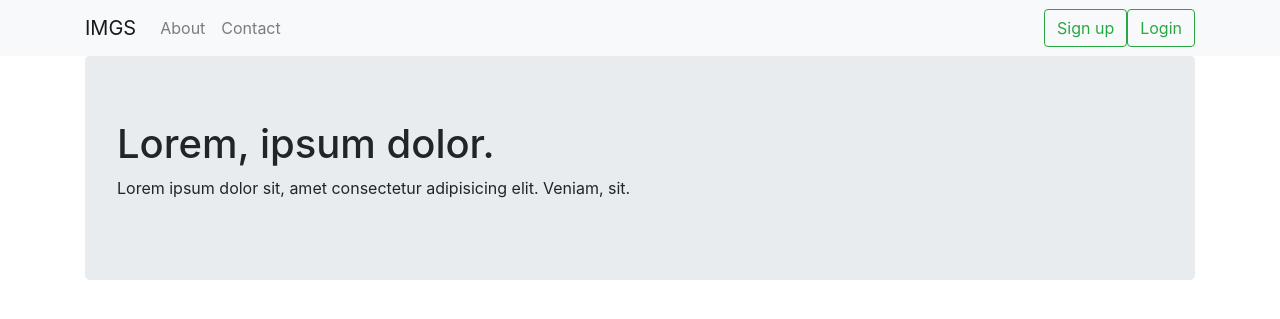
Repository: Mietlicha/exercise2
Page: index.html
An editor plug-in stored every save of this project. The page is shown before and after the next save, followed by the edit.
The browser window is 1280 px wide. The pictures show the whole page.

Above is the page before, as saved 2019-10-22 20:54:38.

After the next save:
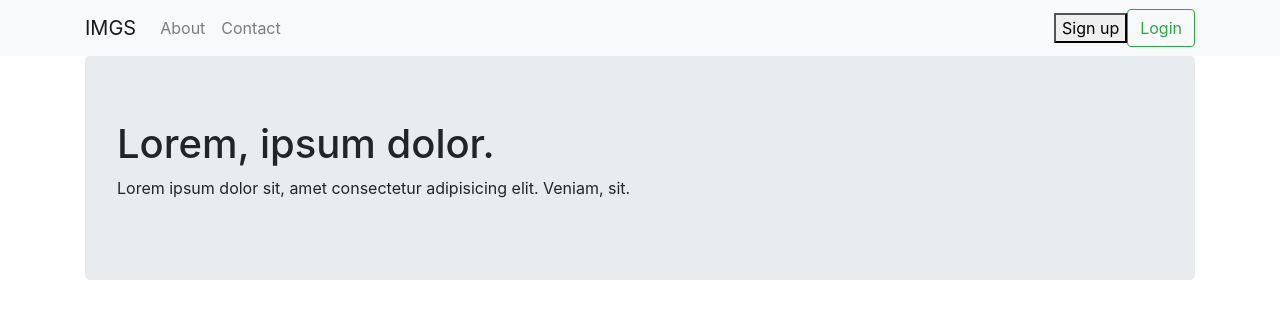
Saved 19 s later.
--- a/index.html
+++ b/index.html
@@ -28,8 +28,8 @@
                   <a class="nav-link" href="#">Contact</a>
                 </li>
             </ul>
-              <form class="form-inline ">
-                <button class="btn btn-outline-success my-2 my-sm-0" type="submit">Sign up</button>
+              <form class="form-inline my-2 my-lg-0">
+                <button class=" my-2 my-sm-0" type="submit">Sign up</button>
                 <button class="btn btn-outline-success my-2 my-sm-0" type="submit">Login</button>
               </form>
             </div>
